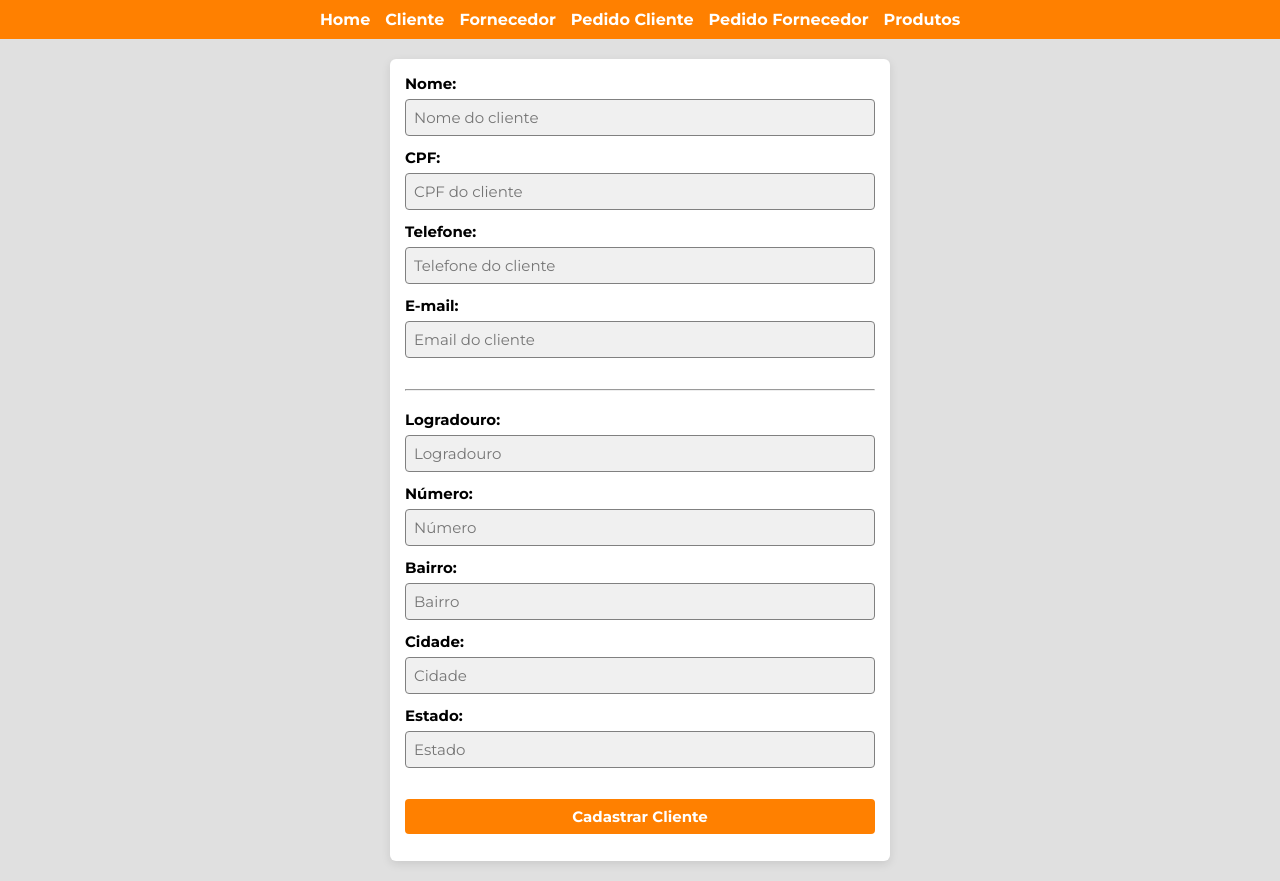
Repository: walterdmp/JavaWeb_BartoBotinas
Page: http://localhost/BartoBotinas/cadastrarCliente.jsp
An editor plug-in stored every save of this project. The page is shown before and after the next save, followed by the edit.
The browser window is 1280 px wide. The pictures show the whole page.
The page is served by Tomcat 9.

Above is the page before, as saved 2024-07-31 20:10:45.

After the next save:
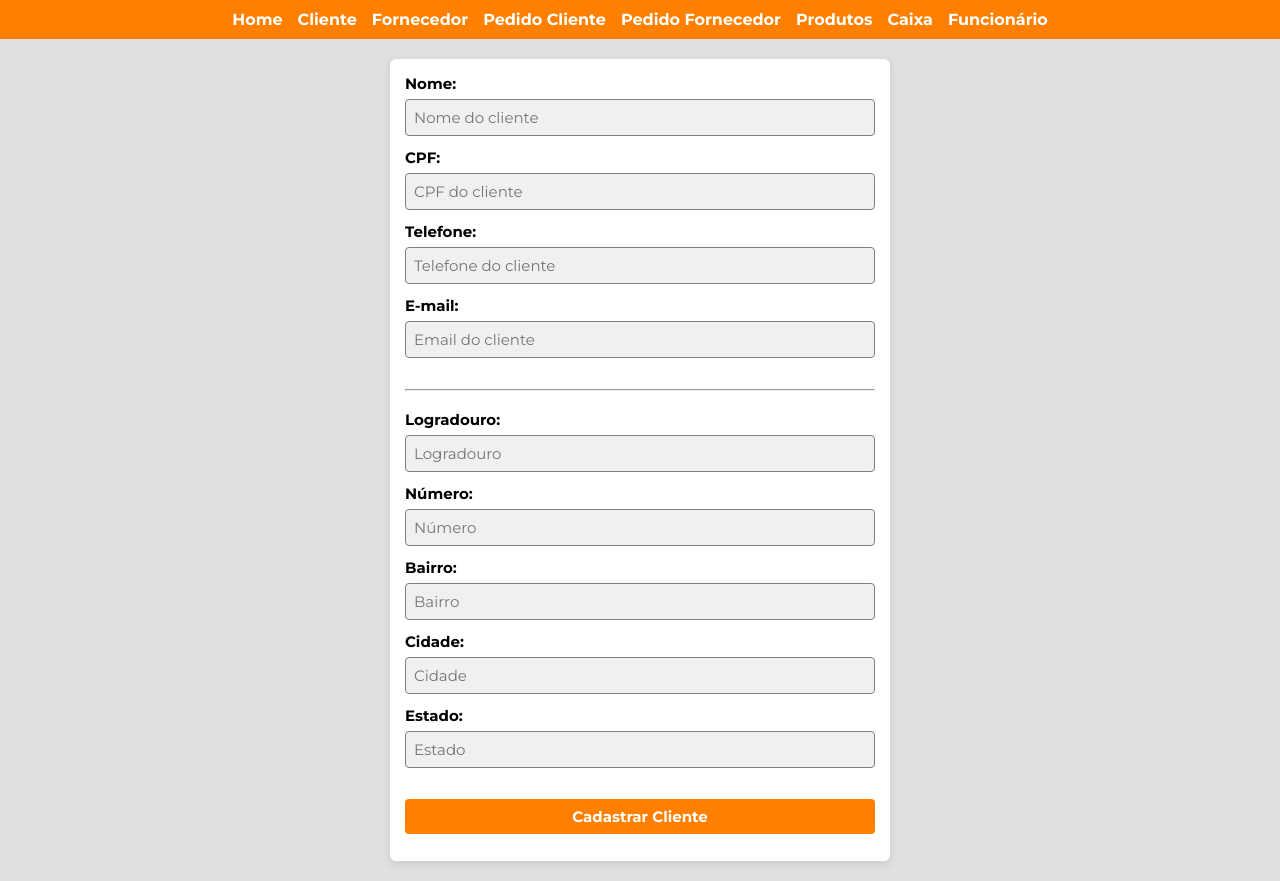
Saved 12 s later.
--- a/BartoBotinas/WebContent/cadastrarCliente.jsp
+++ b/BartoBotinas/WebContent/cadastrarCliente.jsp
@@ -14,61 +14,56 @@
 			<li><a href="cadastrarCliente.jsp">Cliente</a></li>
 			<li><a href="cadastrarFornecedor.jsp">Fornecedor</a></li>
 			<li><a href="cadastrarPedidoCliente.jsp">Pedido Cliente</a></li>
-			<li><a href="cadastrarPedidoFornecedor.jsp">Pedido
-					Fornecedor</a></li>
+			<li><a href="cadastrarPedidoFornecedor.jsp">Pedido Fornecedor</a></li>
 			<li><a href="cadastrarProdutos.jsp">Produtos</a></li>
+			<li><a href="cadastrarCaixa.jsp">Caixa</a></li>
+			<li><a href="cadastrarFuncionario.jsp">Funcionário</a></li>
 		</ul>
 	</nav>
 	<main class="bartoMain">
 		<form action="cadastrarCliente" method="post" class="bartoForm">
 			<div>
-				<label for="nome"><strong>Nome:</strong></label> <input type="text"
-					id="nome" name="nome" placeholder="Nome do cliente" required>
+				<label for="nome"><strong>Nome:</strong></label>
+				<input type="text" id="nome" name="nome" placeholder="Nome do cliente" required>
 			</div>
 			<div>
-				<label for="cpf"><strong>CPF:</strong></label> <input type="text"
-					id="cpf" name="cpf" placeholder="CPF do cliente" required>
+				<label for="cpf"><strong>CPF:</strong></label>
+				<input type="text" id="cpf" name="cpf" placeholder="CPF do cliente" required>
 			</div>
 			<div>
-				<label for="telefone"><strong>Telefone:</strong></label> <input
-					type="text" id="telefone" name="telefone"
-					placeholder="Telefone do cliente" required>
+				<label for="telefone"><strong>Telefone:</strong></label>
+				<input type="text" id="telefone" name="telefone" placeholder="Telefone do cliente" required>
 			</div>
 			<div>
-				<label for="email"><strong>E-mail:</strong></label> <input
-					type="email" id="email" name="email" placeholder="Email do cliente"
-					required>
+				<label for="email"><strong>E-mail:</strong></label>
+				<input type="email" id="email" name="email" placeholder="Email do cliente" required>
 			</div>
 			<br>
-
 			<hr>
-
 			<br>
 			<div>
-				<label for="logradouro"><strong>Logradouro:</strong></label> <input
-					type="text" id="logradouro" name="logradouro"
-					placeholder="Logradouro" required>
+				<label for="logradouro"><strong>Logradouro:</strong></label>
+				<input type="text" id="logradouro" name="logradouro" placeholder="Logradouro" required>
 			</div>
 			<div>
-				<label for="numero"><strong>Número:</strong></label> <input
-					type="text" id="numero" name="numero" placeholder="Número" required>
+				<label for="numero"><strong>Número:</strong></label>
+				<input type="text" id="numero" name="numero" placeholder="Número" required>
 			</div>
 			<div>
-				<label for="bairro"><strong>Bairro:</strong></label> <input
-					type="text" id="bairro" name="bairro" placeholder="Bairro" required>
+				<label for="bairro"><strong>Bairro:</strong></label>
+				<input type="text" id="bairro" name="bairro" placeholder="Bairro" required>
 			</div>
 			<div>
-				<label for="cidade"><strong>Cidade:</strong></label> <input
-					type="text" id="cidade" name="cidade" placeholder="Cidade" required>
+				<label for="cidade"><strong>Cidade:</strong></label>
+				<input type="text" id="cidade" name="cidade" placeholder="Cidade" required>
 			</div>
 			<div>
-				<label for="estado"><strong>Estado:</strong></label> <input
-					type="text" id="estado" name="estado" placeholder="Estado" required>
+				<label for="estado"><strong>Estado:</strong></label>
+				<input type="text" id="estado" name="estado" placeholder="Estado" required>
 			</div>
 			<br>
 			<div>
-				<input id="bartoButton" type="submit" name="salvar"
-					value="Cadastrar Cliente">
+				<input id="bartoButton" type="submit" name="salvar" value="Cadastrar Cliente">
 			</div>
 		</form>
 	</main>
